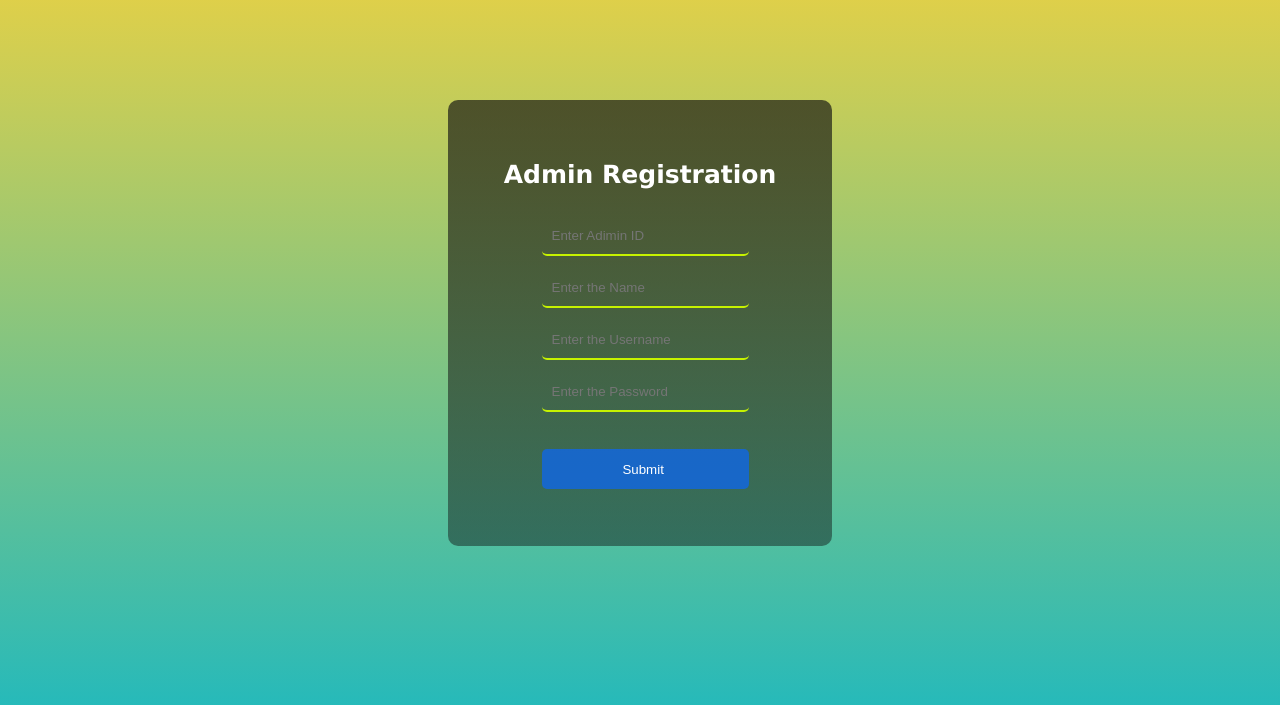
Repository: vishaltawar/J2EE-WEJE-2
Page: http://localhost/studentapp/AdminRegistration.jsp
An editor plug-in stored every save of this project. The page is shown before and after the next save, followed by the edit.
The browser window is 1280 px wide. The pictures show the whole page.
The page is served by Tomcat 9.

Above is the page before, as saved 2022-12-25 16:28:57.

After the next save:
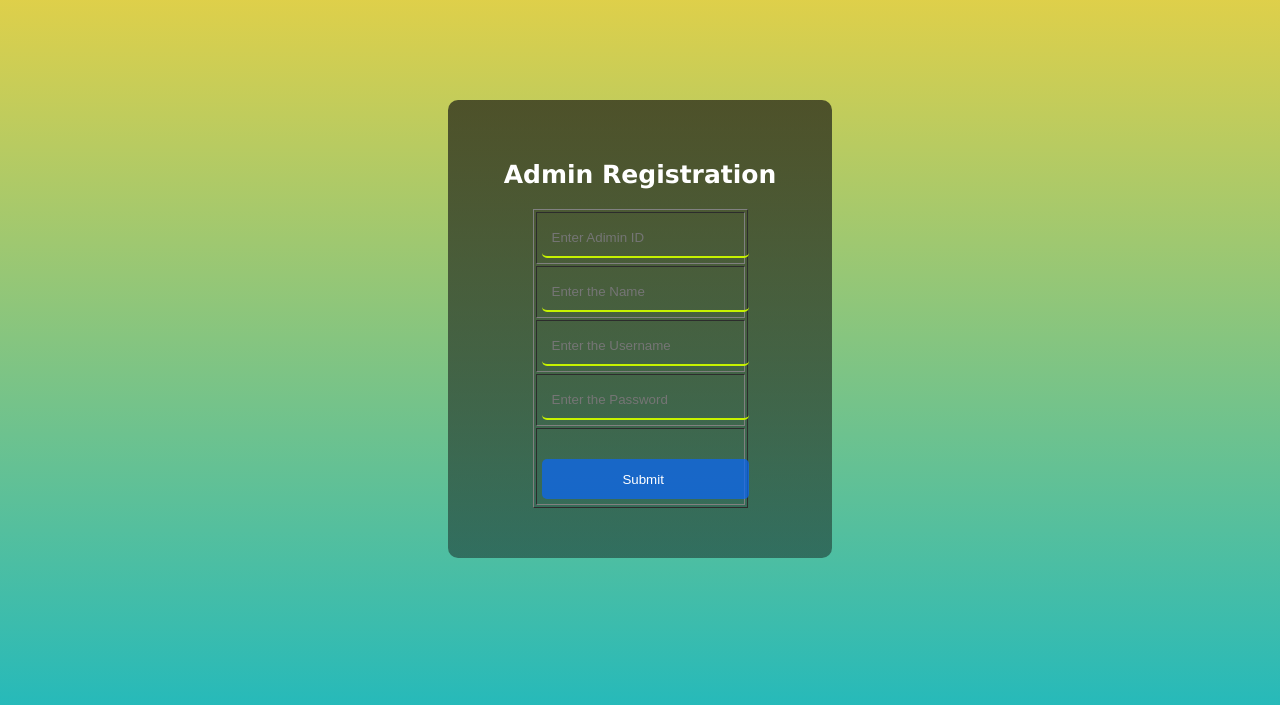
Saved 13 min 25 s later.
--- a/studentapp/src/main/webapp/AdminRegistration.jsp
+++ b/studentapp/src/main/webapp/AdminRegistration.jsp
@@ -60,7 +60,7 @@
         <h3 id="headtext">Admin Registration</h3>
         <form action="./AdminRegistrationDB.jsp" method="post">
 
-            <table>
+            <table border="1px solid">
                 <tr>
                     <td><input type="text" placeholder="Enter Adimin ID" name="id"></td>
                 </tr>
